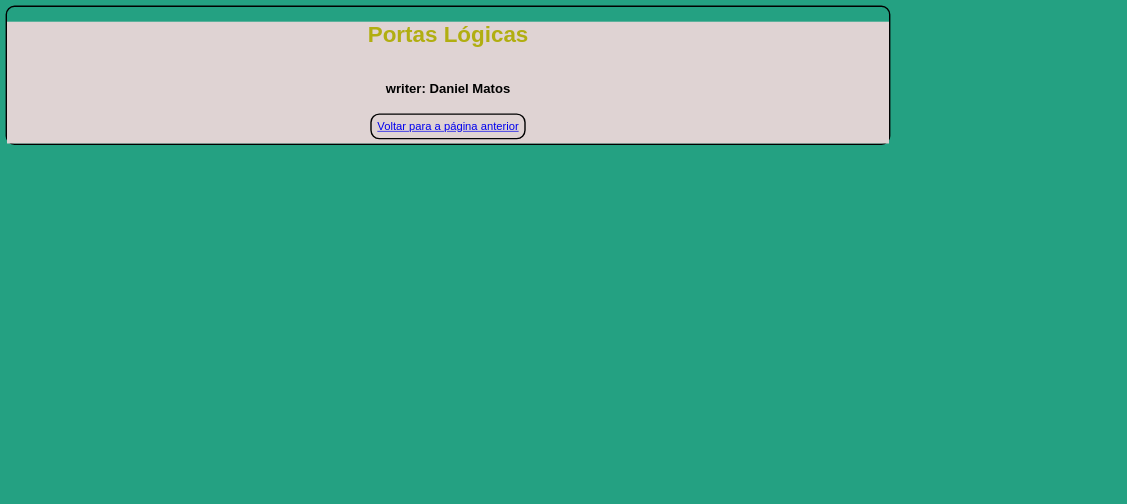
Repository: batmit/FutureFundation.github.io-1
Page: menu/articles/engineering/portas_logicas/portas.html
These files come from the project's save history. The page is drawn as it stood at one moment and after the next save; the edit follows.
The browser window is 1280 px wide. The page is 1280 px wide, then 1610 px, so the pictures cover 1610 px, including what lies to the right of the window. The pictures show the part of the page from y = 0 to 1520 px (the page is 720 px tall before and 4242 px after), at 70% of full size.

Above is the page before, as saved 2021-11-04 12:35:13.

After the next save:
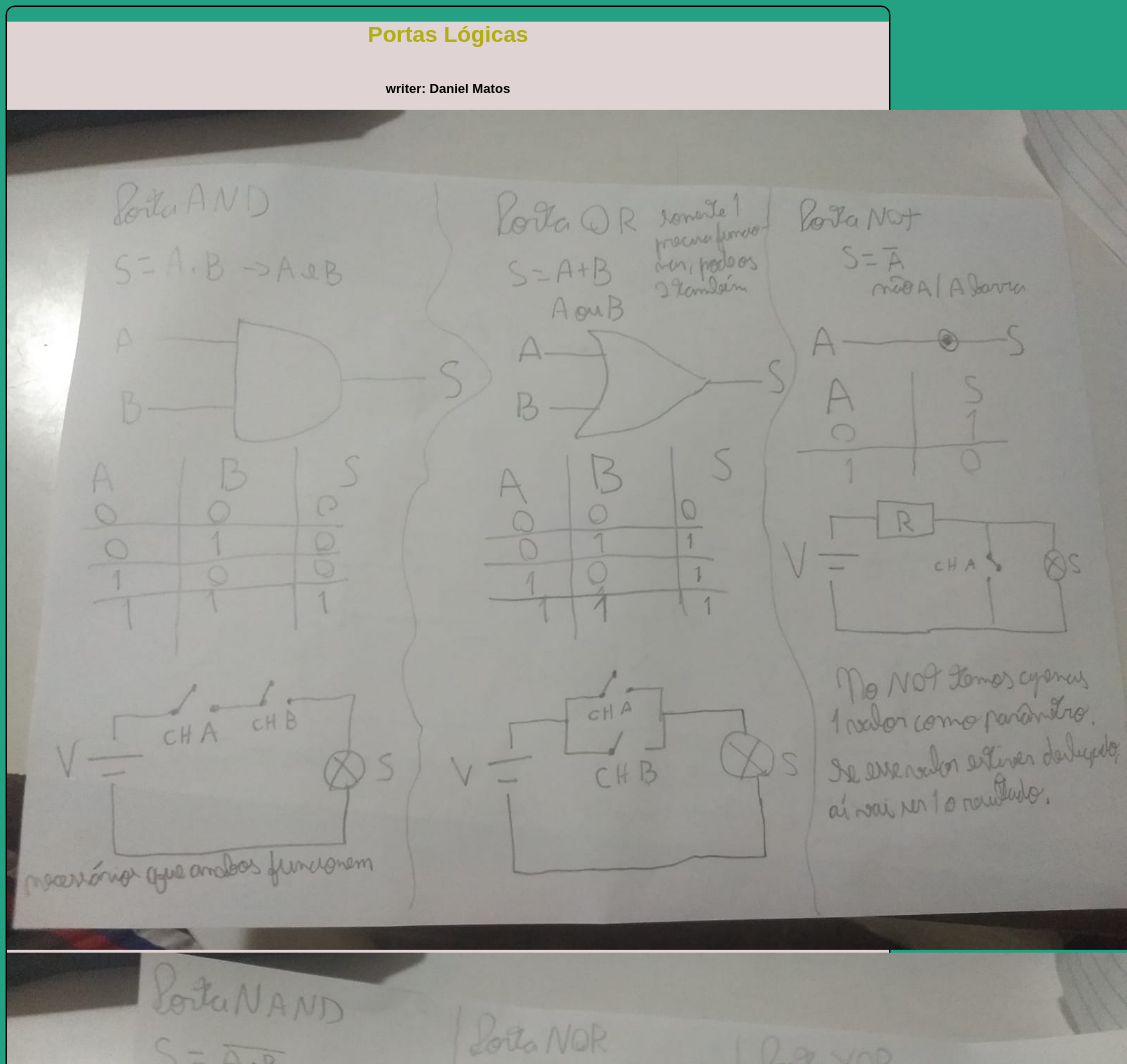
Saved 2 min 49 s later.
--- a/menu/articles/engineering/portas_logicas/portas.html
+++ b/menu/articles/engineering/portas_logicas/portas.html
@@ -13,7 +13,9 @@
             <h1>Portas Lógicas</h1>
             <h3>writer: Daniel Matos</h3>
         </header>
-
+        <img src="./1.jpg" alt="portas lógicas">
+        <img src="./2.jpg" alt="portas lógicas">
+        <img src="./8a4ff7a6-0631-4df2-8c6a-0ed971c1a073.jpg" alt="portas lógicas">
 
 
         <a href="../engineering.html">Voltar para a página anterior</a>
